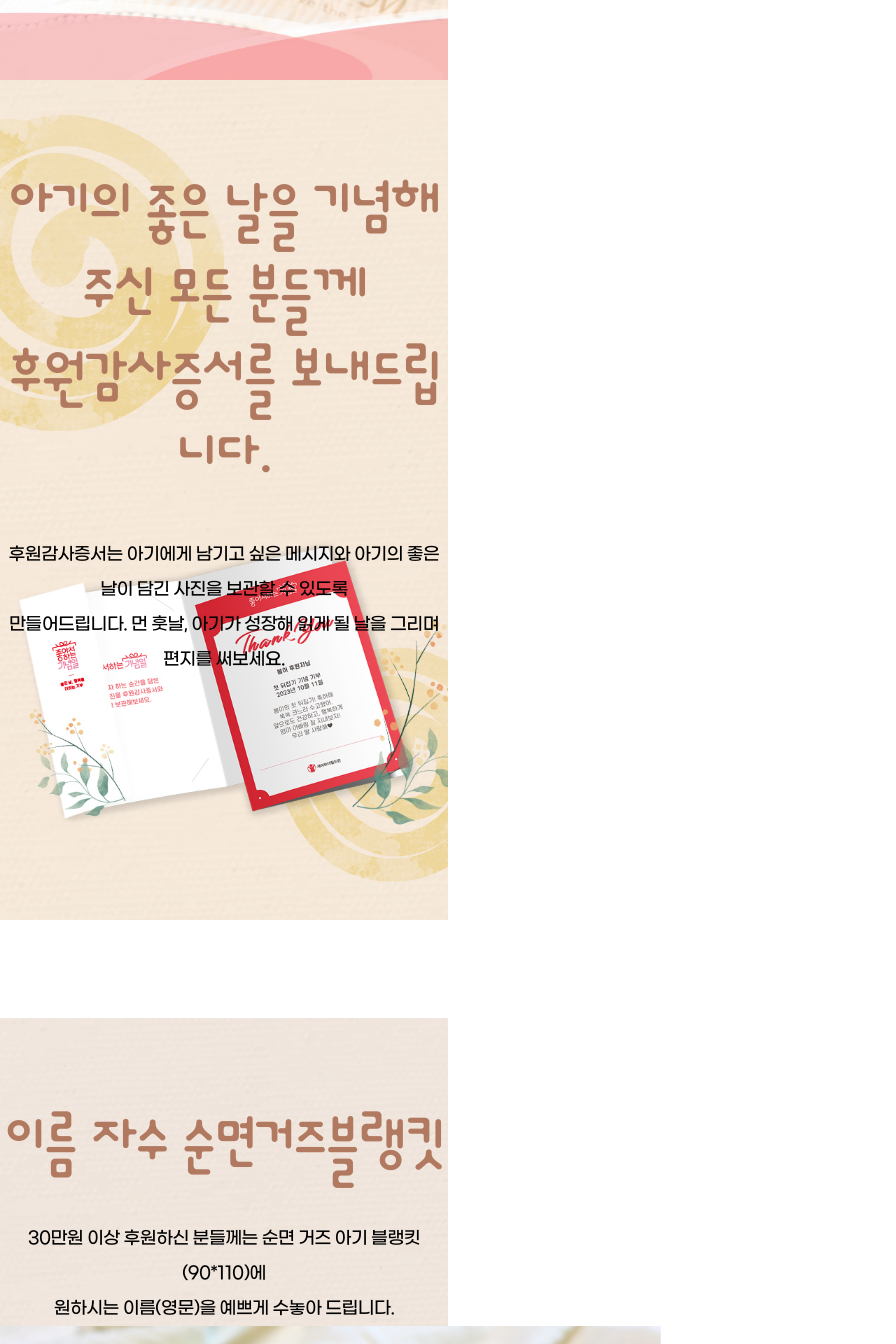
Repository: dlgywls1130/save_children_m
Page: index.html
An editor plug-in stored every save of this project. The page is shown before and after the next save, followed by the edit.
The browser window is 1280 px wide. The pictures show the part of the page from y = 3625 to 5545 px (the page is 9658 px tall), at 70% of full size.

Above is the page before, as saved 2023-12-13 19:14:12.

After the next save:
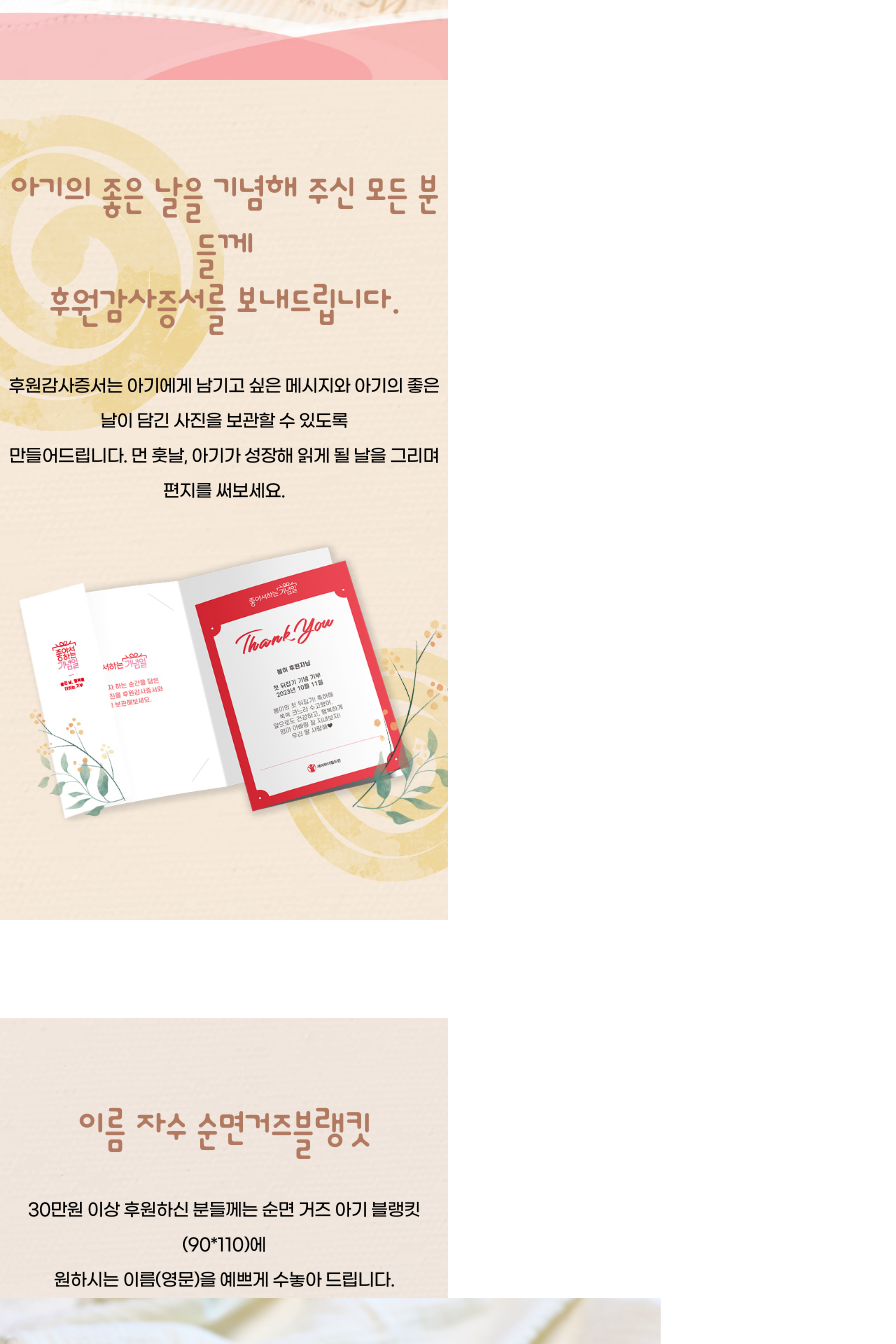
Saved 43 s later.
--- a/css/style.css
+++ b/css/style.css
@@ -345,8 +345,8 @@
 
 
 .se_title_co{
-    font-size: 120px;
-    line-height: 120px;
+    font-size: 80px;
+    line-height: 80px;
     letter-spacing: -0.03em;
     font-family: 'Dongle';
     font-weight: 500;
